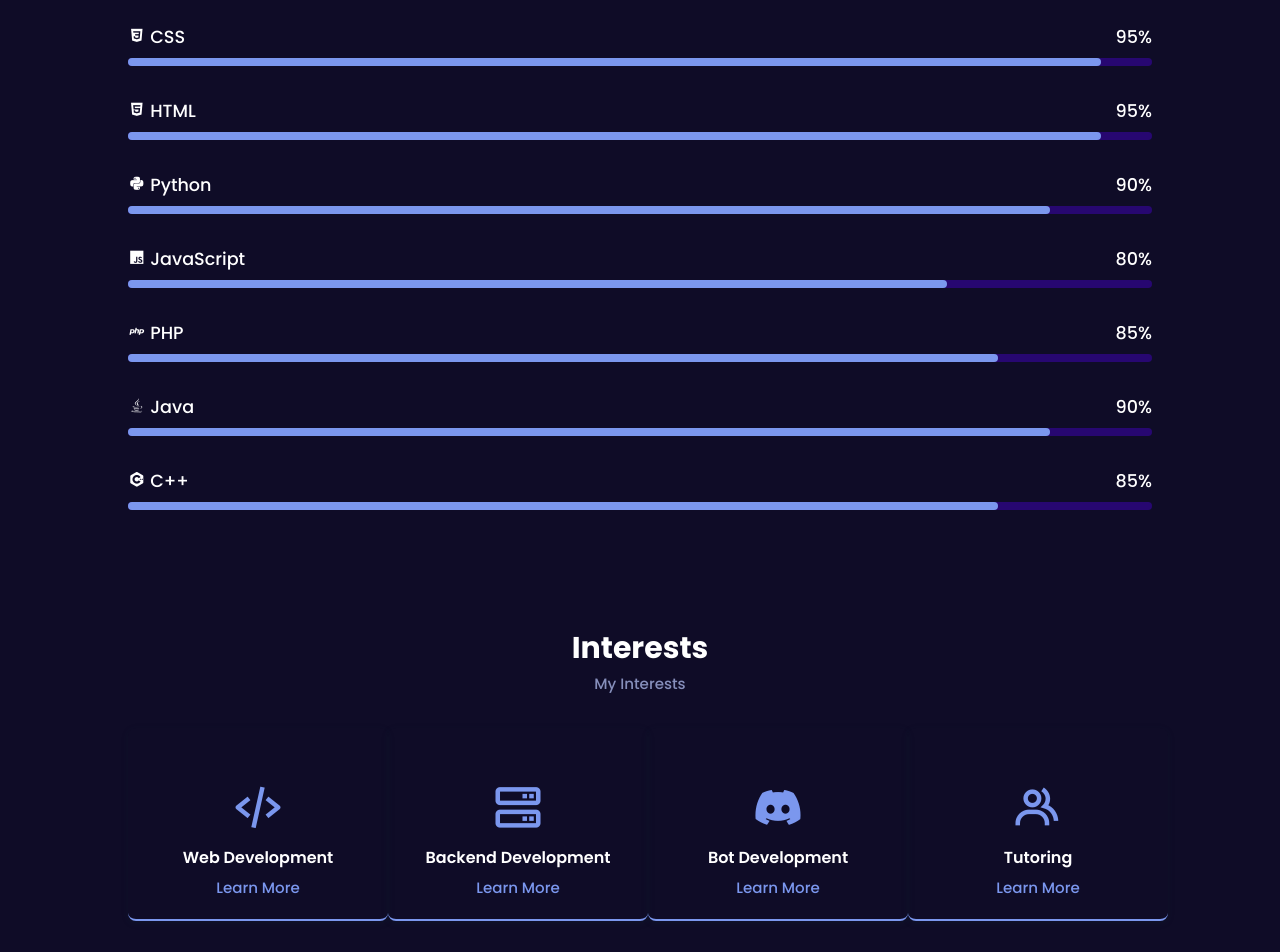
Repository: omkarxpatel/Omkar-Portfolio
Page: src/index.html
The author's editor kept a copy of each file at every save. The page is drawn from the files as they stood at one save, then again after the next save.
The browser window is 1280 px wide. The pictures show the part of the page from y = 1445 to 2397 px (the page is 2654 px tall before and 2554 px after).
A picture or video elsewhere on the page could not be fetched, so the positions and the page height are approximate.

Above is the page before, as saved 2023-03-25 17:59:29.

After the next save:
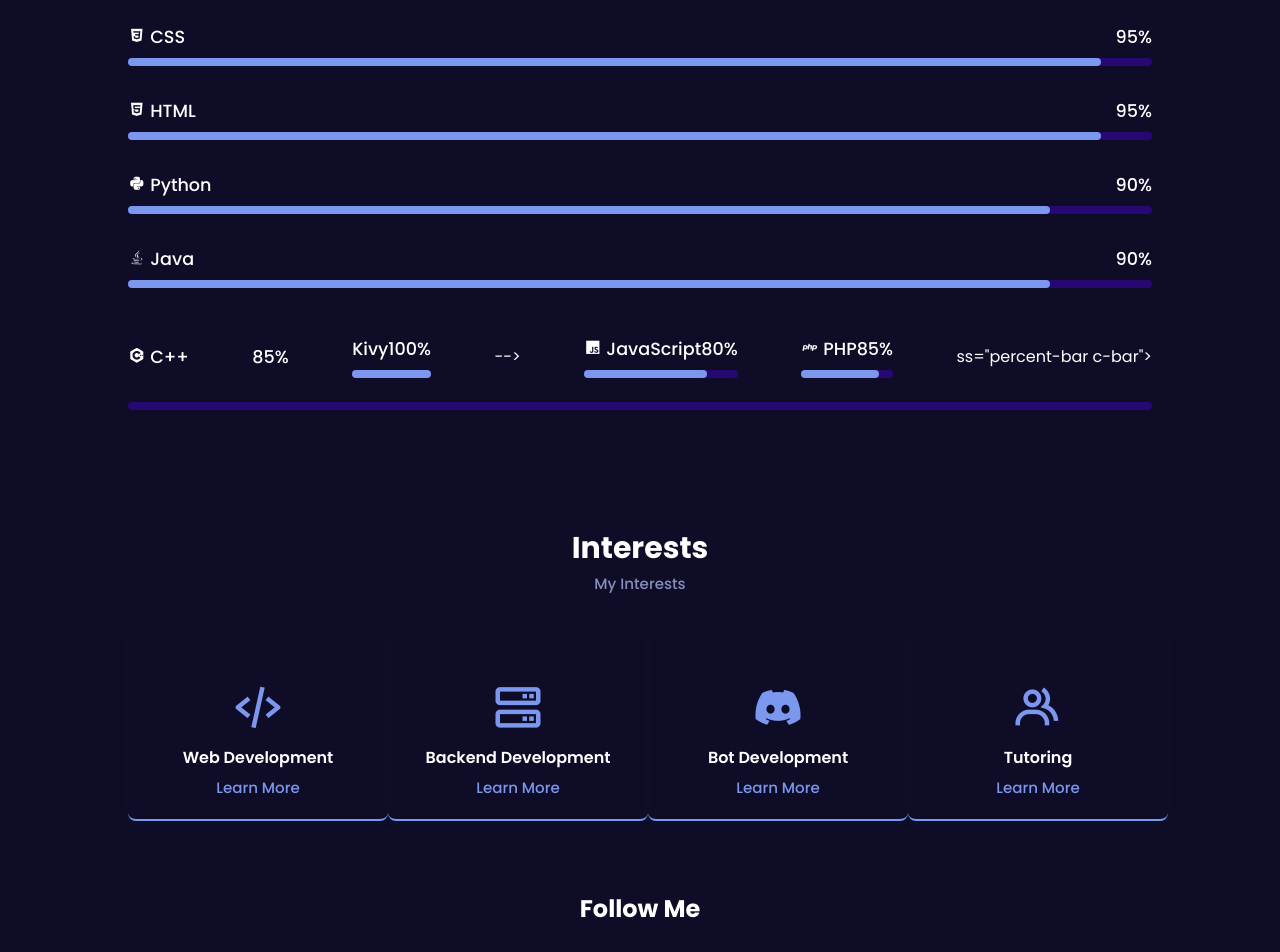
Saved 9 s later.
--- a/src/index.html
+++ b/src/index.html
@@ -116,7 +116,18 @@
                 <div class="percent-bar python-bar"></div>
             </div>
 
-
+           <div class="bars-box">
+                <h3><i class="bx bxl-java"></i> Java</h3>
+                <span>90%</span>
+                <div class="light-bar"></div>
+                <div class="percent-bar java-bar"></div>
+            </div>
+
+            <div class="bars-box">
+                <h3><i class="bx bxl-c-plus-plus"></i> C++</h3>
+                <span>85%</span>
+                <div class="light-bar"></div>
+                <div cla
 
           <!-- <div class="bars-box">
                 <h3>Kivy</h3>
@@ -160,18 +171,7 @@
                 <div class="percent-bar php-bar"></div>
             </div>
 
-            <div class="bars-box">
-                <h3><i class="bx bxl-java"></i> Java</h3>
-                <span>90%</span>
-                <div class="light-bar"></div>
-                <div class="percent-bar java-bar"></div>
-            </div>
-
-            <div class="bars-box">
-                <h3><i class="bx bxl-c-plus-plus"></i> C++</h3>
-                <span>85%</span>
-                <div class="light-bar"></div>
-                <div class="percent-bar c-bar"></div>
+ ss="percent-bar c-bar"></div>
             </div>
 
             <!-- <div class="bars-box">
